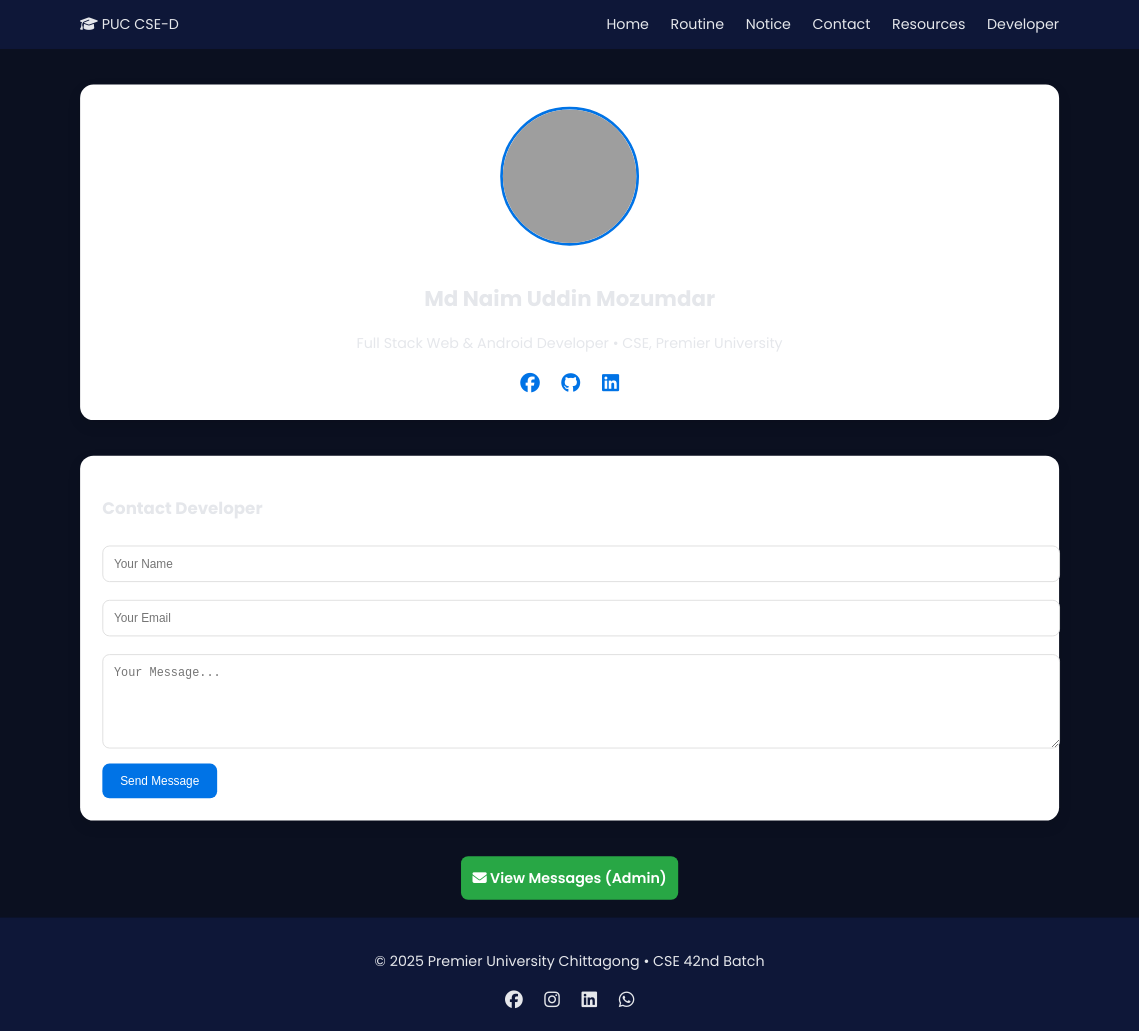
Repository: naimuddin1190/puc-class-management
Page: http://localhost/developer.php
An editor plug-in stored every save of this project. The page is shown before and after the next save, followed by the edit.
The browser window is 1280 px wide. The pictures show the whole page, at 89% of full size.
Pictures or frames that could not be fetched are drawn as grey boxes. The page is run by PHP 8.4 with error messages shown; the project is at /var/www/html/.

Above is the page before, as saved 2025-09-04 00:38:51.

After the next save:
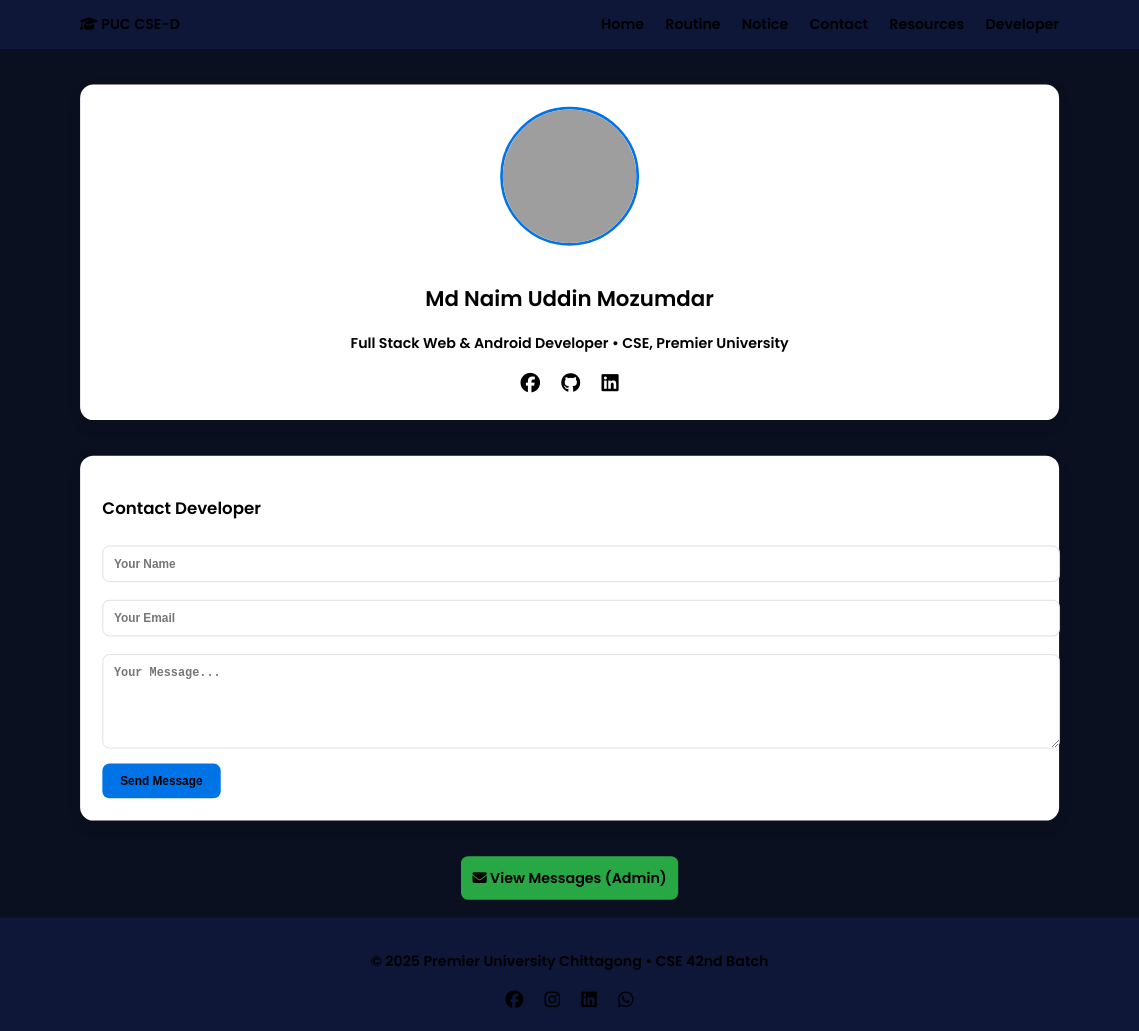
Saved 2 min 20 s later.
--- a/developer.php
+++ b/developer.php
@@ -16,7 +16,6 @@ if ($_SERVER["REQUEST_METHOD"] == "POST" && isset($_POST['contact_submit'])) {
     }
 }
 ?>
-
 <!DOCTYPE html>
 <html lang="en">
 <head>
@@ -27,7 +26,22 @@ if ($_SERVER["REQUEST_METHOD"] == "POST" && isset($_POST['contact_submit'])) {
   <link href="https://cdnjs.cloudflare.com/ajax/libs/font-awesome/6.5.0/css/all.min.css" rel="stylesheet">
   <link rel="stylesheet" href="style.css">
   <style>
-    /* Developer Card & Contact Form overrides */
+    /* Font Fixes: Black & Bold */
+    body, h1, h2, h3, h4, h5, h6, p, a, li, input, textarea, button {
+        color: #000 !important;
+        font-weight: 600 !important;
+        opacity: 1 !important;
+    }
+    .nav .menu a, .footer p, .footer .socials a {
+        color: #000 !important;
+        font-weight: 600;
+        opacity: 1;
+    }
+    input, textarea {
+        color: #000 !important;
+        opacity: 1;
+    }
+    /* Developer Card & Contact Form */
     .dev-card {text-align:center; background:#fff; padding:25px; border-radius:15px; box-shadow:0 6px 15px rgba(0,0,0,0.1); margin:40px auto;}
     .dev-photo {width:150px; height:150px; border-radius:50%; object-fit:cover; margin-bottom:15px; border:3px solid #0073e6;}
     .dev-socials a {margin:0 10px; font-size:22px; color:#0073e6; transition:color 0.3s;}
@@ -45,7 +59,7 @@ if ($_SERVER["REQUEST_METHOD"] == "POST" && isset($_POST['contact_submit'])) {
 </head>
 <body>
 
-  <!-- NAVBAR (same as index.html) -->
+  <!-- NAVBAR -->
   <nav class="nav">
     <div class="nav-inner container">
       <div class="brand"><i class="fa-solid fa-graduation-cap"></i> PUC CSE-D</div>
@@ -61,7 +75,6 @@ if ($_SERVER["REQUEST_METHOD"] == "POST" && isset($_POST['contact_submit'])) {
   </nav>
 
   <div class="container">
-
     <!-- Developer Info -->
     <div class="dev-card">
       <img src="images/developer.jpg" alt="Developer Photo" class="dev-photo">
@@ -92,7 +105,7 @@ if ($_SERVER["REQUEST_METHOD"] == "POST" && isset($_POST['contact_submit'])) {
 
   </div>
 
-  <!-- FOOTER (same as index.html) -->
+  <!-- FOOTER -->
   <footer class="footer">
     <p>© 2025 Premier University Chittagong • CSE 42nd Batch</p>
     <div class="socials">
